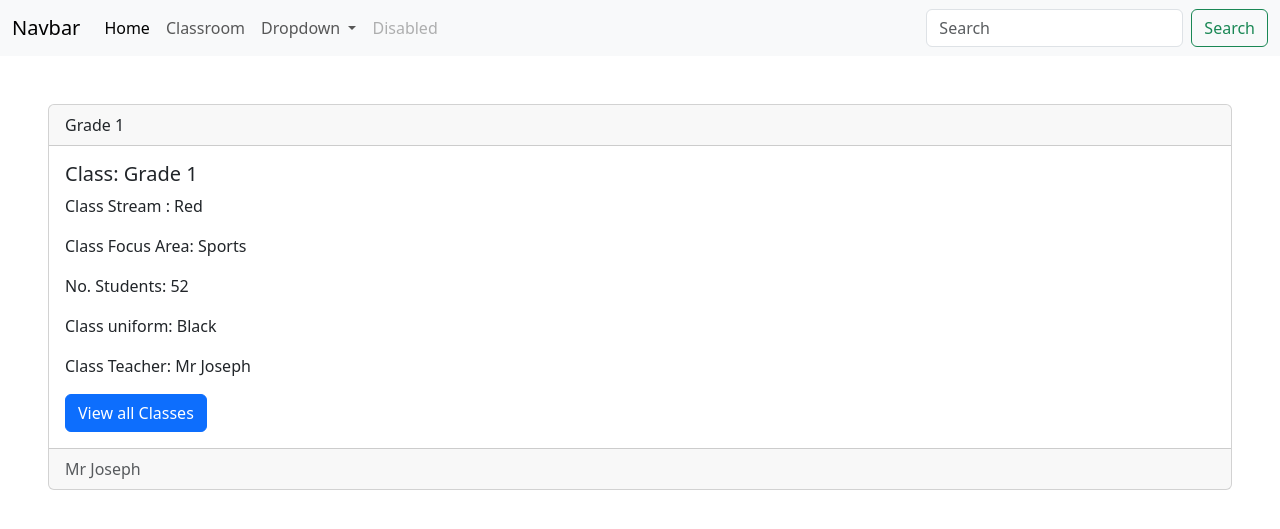
Repository: Mbote-Joseph/Django-Recap
Page: http://localhost/classroom1
The author's editor kept a copy of each file at every save. The page is drawn from the files as they stood at one save, then again after the next save.
The browser window is 1280 px wide. The pictures show the whole page.
The page is served by the project's application, run on Django 5.2 (manage.py). The page reads the database file committed with the project.

Above is the page before, as saved 2025-12-15 20:28:04.

After the next save:
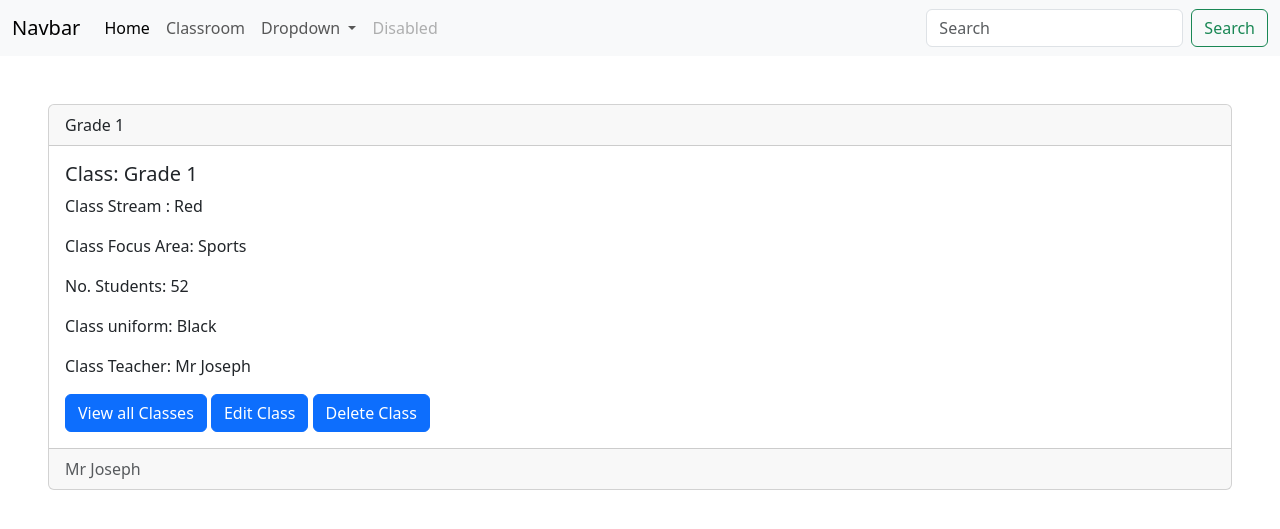
Saved 40 s later.
--- a/school/classroom/templates/classroom/classroomdetails.html
+++ b/school/classroom/templates/classroom/classroomdetails.html
@@ -15,6 +15,8 @@
     <p class="card-text">Class Teacher: {{ classroom.classteacher }}</p>
 
     <a href="{% url 'classroom' %}" class="btn btn-primary">View all Classes</a>
+    <a href="{% url 'classroom' %}" class="btn btn-primary">Edit Class</a>
+    <a href="{% url 'classroom' %}" class="btn btn-primary"> Delete Class</a>
   </div>
   <div class="card-footer text-body-secondary">
     {{ classroom.classteacher }}
